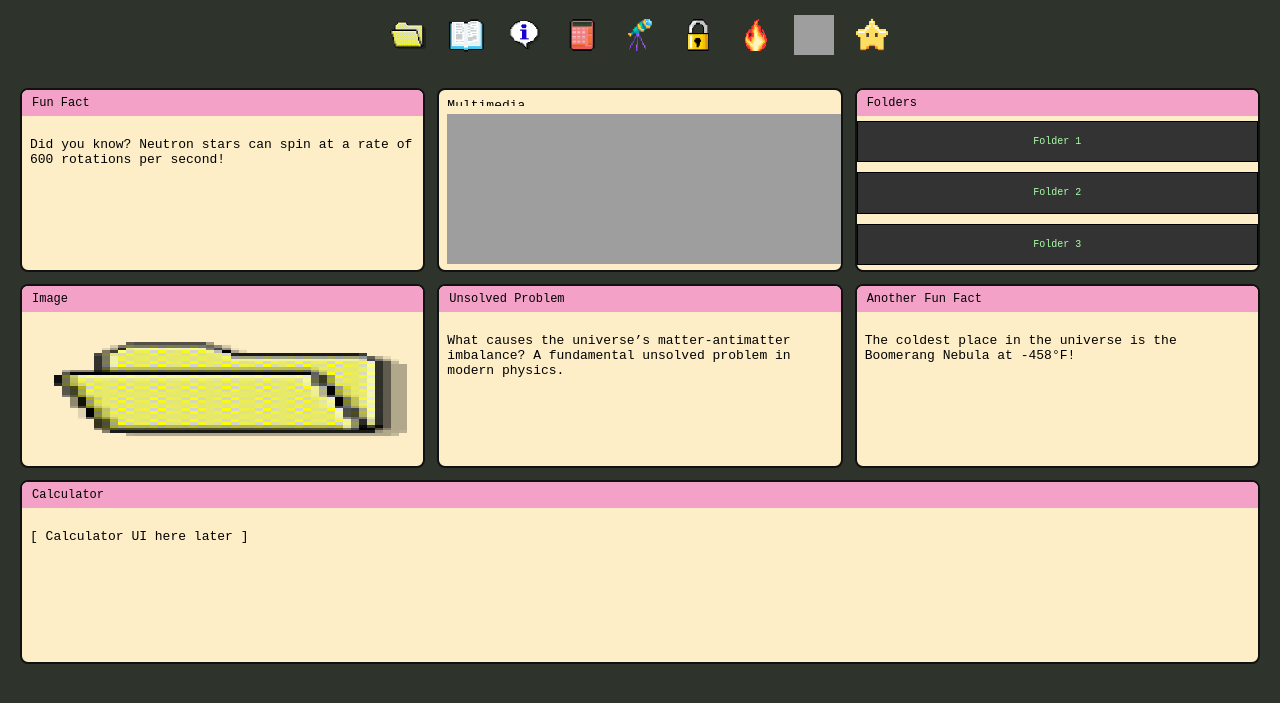
Repository: scarfer14/CCPHYS2L_Project
Page: /dashboard
An editor plug-in stored every save of this project. The page is shown before and after the next save, followed by the edit.
The browser window is 1280 px wide. The pictures show the whole page.
Pictures or frames that could not be fetched are drawn as grey boxes. The project was rebuilt for these pictures with package versions that can differ from the ones it lists, and the page was loaded fresh each time. Also part of the build but not shown: vite.config.js, src/astartsc/start.jsx.

Above is the page before, as saved 2025-05-28 23:51:46.

### index.html
<!doctype html>
<html lang="en">
  <head>
    <meta charset="UTF-8" />
    <link rel="icon" type="image/svg+xml" href="/gal.png" />
    <meta name="viewport" content="width=device-width, initial-scale=1.0" />
    <title>Physics Blast</title>
  </head>
  <link href="https://fonts.googleapis.com/css2?family=Orbitron:wght@500&family=Press+Start+2P&display=swap" rel="stylesheet">
  <body>
    <div id="root"></div>
    <script type="module" src="/src/main.jsx"></script>
  </body>
</html>

### src/index.css
:root {
  font-family: 'Press Start 2P', monospace;
  background-color: #2e342b;
  margin: 0;
  padding: 0;
  box-sizing: border-box;
}

body, html {
  margin: 0;
  padding: 0;
  width: 100%;
  height: 100%;
}

### src/App.jsx
import React from 'react';
import { BrowserRouter as Router, Routes, Route } from 'react-router-dom';

import Start from './astartsc/start';
import Dash from './bdashsc/dashnavbar';
import Dashbody from './bdashsc/dashbody';

function Unlock() {
  return (
    <div>
      <Start />
    </div>
  );
}

function Dashboard() {
  return (
    <div>
      <Dash />
      <Dashbody />
    </div>
  );
}

function App() {
  return (
    <Router>
      <Routes>
        <Route path="/" element={<Unlock />} />
        <Route path="/unlock" element={<Unlock />} />
        <Route path="/dashboard" element={<Dashboard />} />
      </Routes>
    </Router>
  );
}

export default App;

### src/bdashsc/dashnavbar.jsx
import React from 'react';
import { useNavigate } from 'react-router-dom';
import './dashnavbar.css';

const icons = [
  'folder', 'book', 'email', 'calc', 'cat',
  'lock', 'fire', 'info', 'star'
];

export default function DashNavbar() {
  return (
    <div className="dash-navbar">
      {icons.map((icon, index) => (
        <button key={index} className="icon-button" title={icon}>
          <img src={`/assets/icons/${icon}.png`} alt={icon} />
        </button>
      ))}
    </div>
  );
}

### src/bdashsc/dashbody.jsx
import React from 'react';
import './dashbody.css';

export default function DashBody() {
  return (
    <div className="dashboard-content">

      <div className="tab fun-fact">
        <div className="tab-header">Fun Fact</div>
        <p>Did you know? Neutron stars can spin at a rate of 600 rotations per second!</p>
      </div>

      <div className="tab multimedia">
        <div className="tab-header1">Multimedia</div>
        <iframe
          src="https://www.youtube.com/embed/pSHVbLPWA28"
          title="Physics Video"
          allowFullScreen
        ></iframe>
      </div>

      <div className="tab folders">
        <div className="tab-header">Folders</div>
        <button>Folder 1</button>
        <button>Folder 2</button>
        <button>Folder 3</button>
      </div>

      <div className="tab image">
        <div className="tab-header">Image</div>
        <img src="/assets/icons/folder.png" alt="Sample" />
      </div>

      <div className="tab physics-problem">
        <div className="tab-header">Unsolved Problem</div>
        <p>
          What causes the universe’s matter-antimatter imbalance? A fundamental unsolved problem in modern physics.
        </p>
      </div>

      <div className="tab fun-fact-2">
        <div className="tab-header">Another Fun Fact</div>
        <p>The coldest place in the universe is the Boomerang Nebula at -458°F!</p>
      </div>

      <div className="tab calculator">
        <div className="tab-header">Calculator</div>
        <p>[ Calculator UI here later ]</p>
      </div>

    </div>
  );
}

### src/astartsc/start.css
/* Import pixel font */
@import url('https://fonts.googleapis.com/css2?family=Press+Start+2P&display=swap');

body {
  margin: 0;
  background: #2e342b;
  font-family: 'Press Start 2P', monospace;
}

/* Fullscreen CRT screen */
.screen {
  width: 100vw;
  height: 100vh;
  background-color: #2e342b;
  padding: 40px; /* simulates the border spacing */
  display: flex;
  flex-direction: column;
  align-items: center;
  justify-content: center;
  box-shadow:
    0 0 60px 20px rgba(0, 0, 0, 0.6),         /* outer soft black glow */
    inset 0 0 200px rgba(0, 0, 0, 0.9),       /* deep vignette */
    inset 0 0 80px rgba(0, 0, 0, 0.7);        /* soft black inner edge */
  position: relative;
  text-align: center;
  box-sizing: border-box;
  overflow: hidden;
  border-radius: 12px; /* Optional CRT curve */
}

/* Text styling */
.welcome {
  color: #99ff99;
  margin-bottom: 10px;
  font-size: 20px;
  margin-bottom: 25px;
}

.title {
  color: #99ff99;
  font-size: 80px;
  line-height: 1.2;
  margin-bottom: 20px;
}

/* Retro button */
.unlock-btn {
  font-size: 15px;
  background-color: transparent;
  color: #aaffaa;
  border: 1px solid #aaffaa;
  padding: 6px 12px;
  cursor: pointer;
  margin-top: 100px;
  animation: blink 1s infinite alternate;
  font-family: 'Press Start 2P', monospace;
}

.unlock-btn:hover {
  background-color: #333;
}

@keyframes blink {
  from { opacity: 5; }
  to { opacity: 0.4; }
}

### src/bdashsc/dashnavbar.css
.dash-navbar {
  background-color: #2e342b;
  padding: 6px 10px;
  display: flex;
  justify-content: center; /* Centers the icons horizontally */
  gap: 10px;
  align-items: center;
}

.icon-button {
  background: transparent;
  border: transparent;
  padding: 4px;
  cursor: pointer;
  transition: transform 0.1s ease-in-out;
}

.icon-button:hover {
  transform: scale(1.1);
  filter: brightness(1.3);
}

.icon-button img {
  margin-top: 5px;
  width: 40px;
  height: 40px;
  image-rendering: pixelated; /* keeps pixel art look */
}

### src/bdashsc/dashbody.css

.dashboard-content {
  display: flex;
  flex-wrap: wrap;
  justify-content: center;
  padding: 20px;
  gap: 12px;

}

.tab {
  background-color: #fdeec7;
  border: 2px solid #111;
  color: #000000;
  font-family: monospace;
  padding: 0;
  flex: 1 1 28%;
  min-width: 250px;
  height: 180px;
  overflow: hidden;
  border-radius: 8px;
  display: flex;
  flex-direction: column;
}

.tab-header {
  background-color: #f4a1c8;
  color: #000000;
  padding: 6px 10px;
  font-size: 12px;
  text-align: left;
}

.tab > *:not(.tab-header) {
  flex: 1;
  padding: 8px;
  overflow: auto;
}

/* Tab-specific styles */
.multimedia iframe {
  width: 100%;
  height: 100%;
  border: none;
}

.folders button {
  display: block;
  margin: 5px 0;
  width: 100%;
  background: #333;
  border: 1px solid #000000;
  color: #aaffaa;
  padding: 6px;
  font-size: 10px;
  cursor: pointer;
  font-family: monospace;
}

.image img {
  width: 100%;
  height: auto;
  image-rendering: pixelated;
}

Loaded but not shown: src/main.jsx (common file)

After the next save:
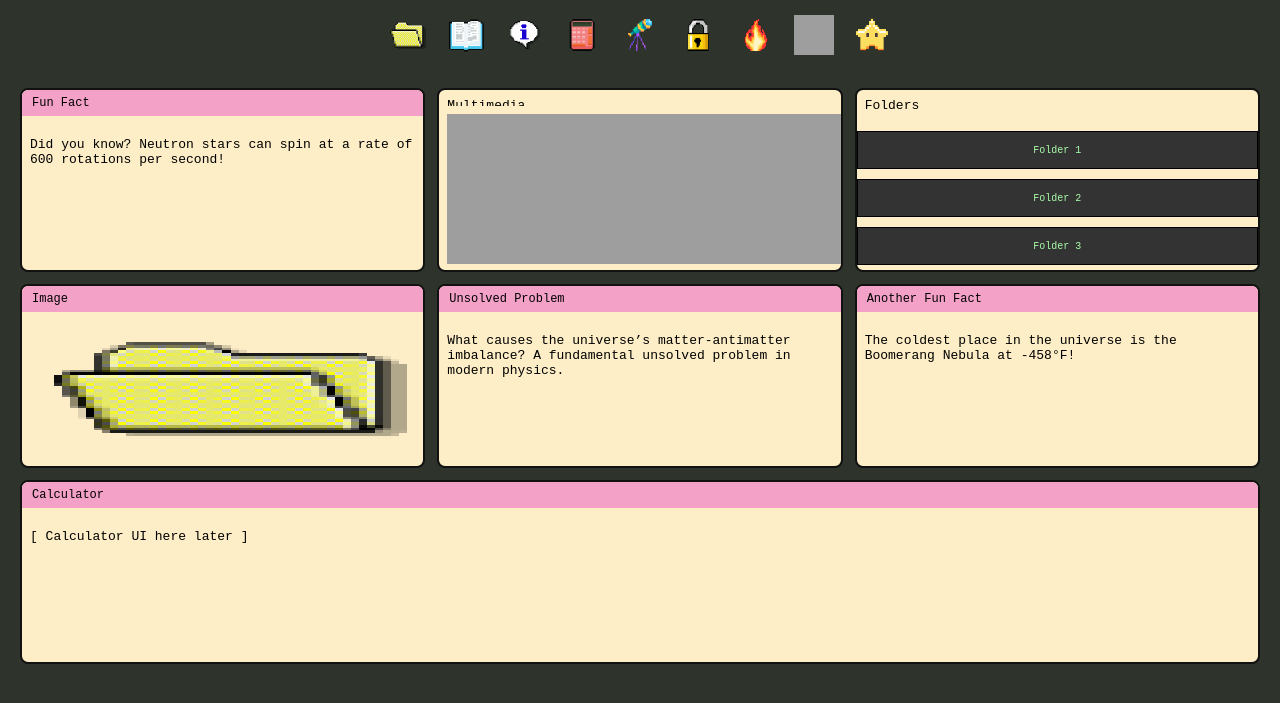
Saved 6 s later.
--- a/src/bdashsc/dashbody.jsx
+++ b/src/bdashsc/dashbody.jsx
@@ -20,7 +20,7 @@ export default function DashBody() {
       </div>
 
       <div className="tab folders">
-        <div className="tab-header">Folders</div>
+        <div className="tab-header1">Folders</div>
         <button>Folder 1</button>
         <button>Folder 2</button>
         <button>Folder 3</button>
